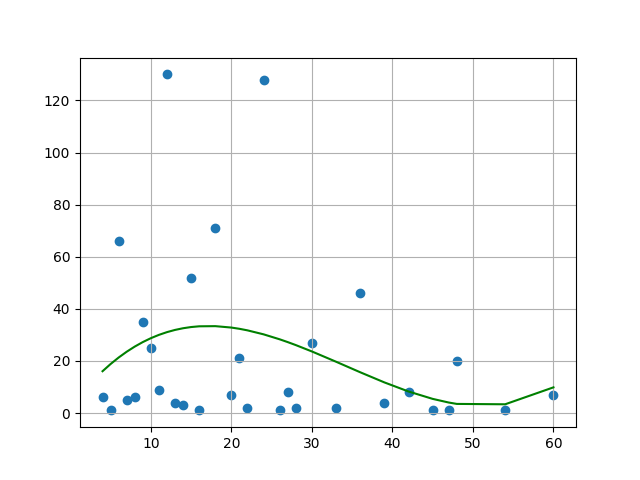
Repository: Suelt/Hust-SE-introduction-to-ML
Script's output: python Bayes Classification/Gaussian.py
These files come from the project's save history. The script's output is drawn as it stood at one moment and after the next save; the edit follows.
Random numbers start from a fixed seed.

Above is the script's output before, as saved 2021-04-28 11:10:55.

After the next save:
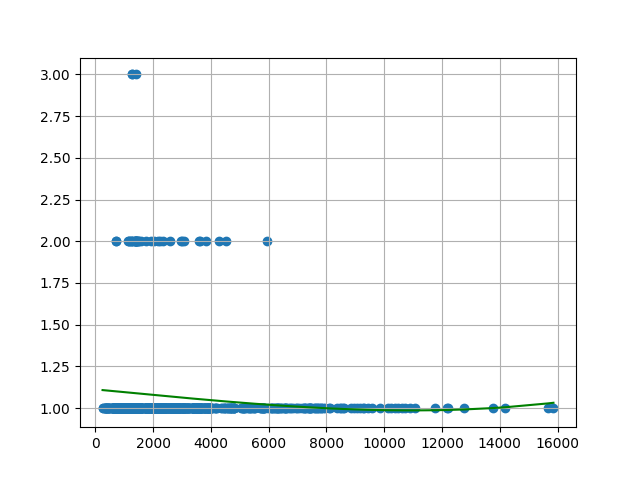
Saved 17 s later.
--- a/Bayes Classification/Gaussian.py
+++ b/Bayes Classification/Gaussian.py
@@ -5,7 +5,7 @@
 credit = pd.read_csv("C:\\pyproject\\Bayes Classification\\transformed.csv")
 
 df=credit[credit['credit_risk'].isin(['good'])]
-list_status=df['duration']
+list_status=df['amount']
 length=list_status.shape[0]
 
 values = list_status.value_counts().keys().tolist()

After the save that followed:
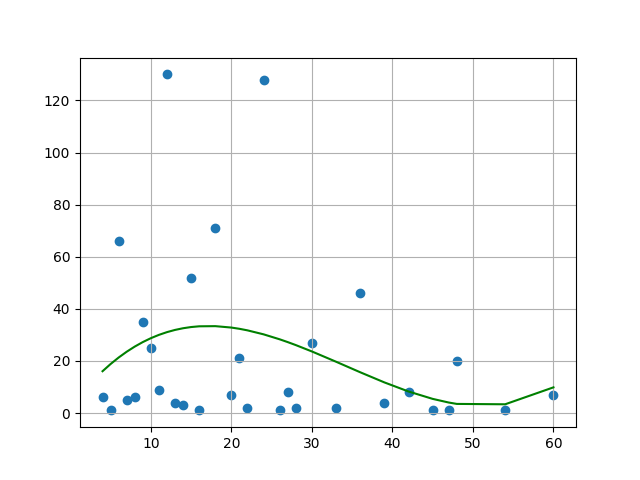
Saved 114 s later.
--- a/Bayes Classification/Gaussian.py
+++ b/Bayes Classification/Gaussian.py
@@ -5,7 +5,7 @@
 credit = pd.read_csv("C:\\pyproject\\Bayes Classification\\transformed.csv")
 
 df=credit[credit['credit_risk'].isin(['good'])]
-list_status=df['amount']
+list_status=df['duration']
 length=list_status.shape[0]
 
 values = list_status.value_counts().keys().tolist()
